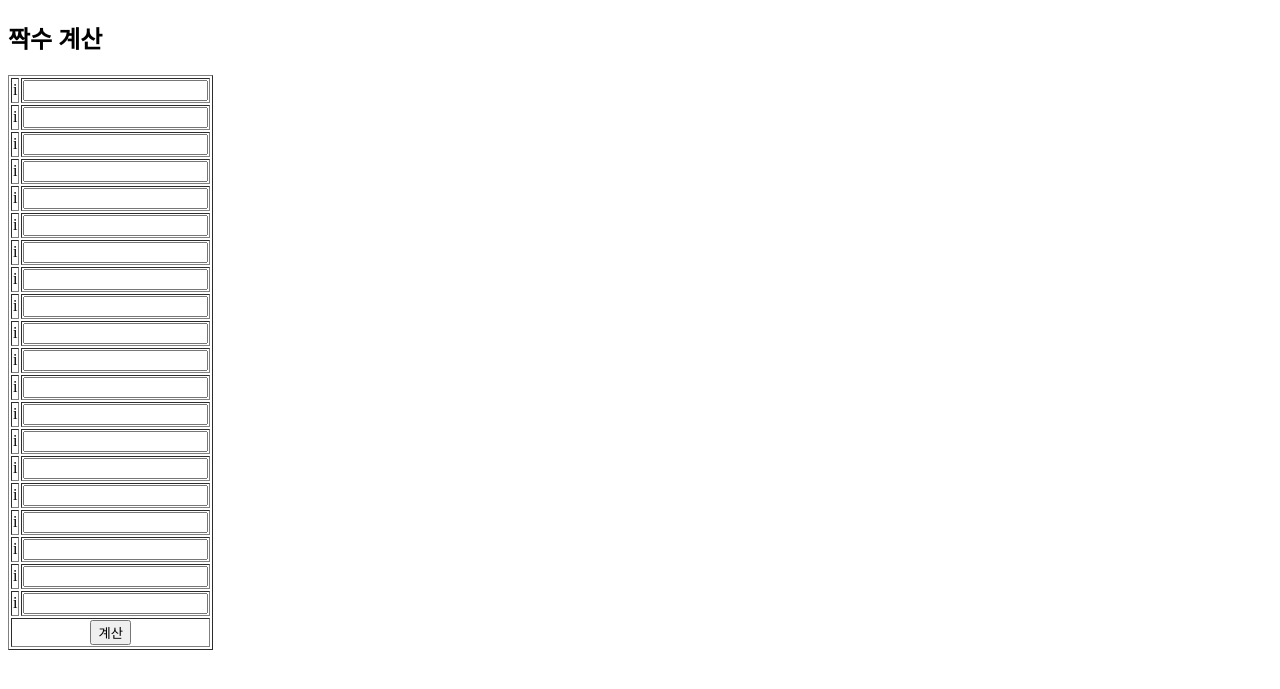
Repository: pshho/newJspProject
Page: http://localhost/JspProj/calc/calc.jsp
An editor plug-in stored every save of this project. The page is shown before and after the next save, followed by the edit.
The browser window is 1280 px wide. The pictures show the whole page.
The page is served by Tomcat 9. Other server files are loaded and not shown.

Above is the page before, as saved 2023-07-27 06:51:41.

### JspProj/src/main/webapp/calc/calc.jsp
<%@ page language="java" contentType="text/html; charset=UTF-8"
    pageEncoding="UTF-8"%>
<%@ taglib uri="http://java.sun.com/jsp/jstl/core" prefix="c" %>
<!DOCTYPE html>
<html>
<head>
<meta charset="UTF-8">
<title>짝수</title>
</head>
<body>
	<h2>짝수 계산</h2>
	<%-- <form action="./calcProcess.jsp" method="post">
		<c:forEach begin="1" end="20">	<!-- for문으로 입력받을 개수 지정 -->
			<input type="text" name="calc"/><br/>
		</c:forEach>
		<br/>
		<input type="submit" value="제출" />
	</form> --%>

	<form action="./calcProcess.jsp" method="post">
		<table border="">
			<%
				for(int i=0; i<20; i++){
			%>
			<tr>
				<td>i</td>
				<td><input type="text" name="no" /></td>
			</tr>
			<%
				}
			%>
			<tr>
				<td colspan="2" align="center">
					<input type="submit" value="계산" />
				</td>
			</tr>
		</table>
	</form>
</body>
</html>

After the next save:
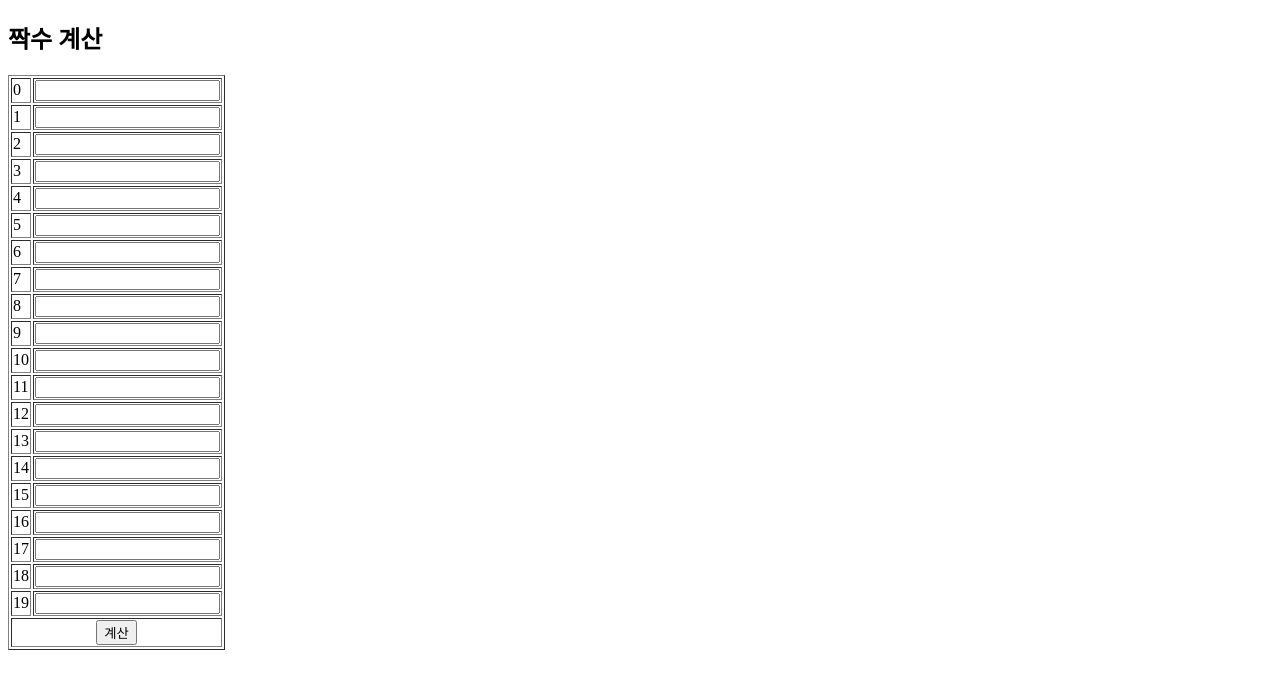
Saved 5 s later.
--- a/JspProj/src/main/webapp/calc/calc.jsp
+++ b/JspProj/src/main/webapp/calc/calc.jsp
@@ -23,7 +23,7 @@
 				for(int i=0; i<20; i++){
 			%>
 			<tr>
-				<td>i</td>
+				<td><%= i %></td>
 				<td><input type="text" name="no" /></td>
 			</tr>
 			<%
